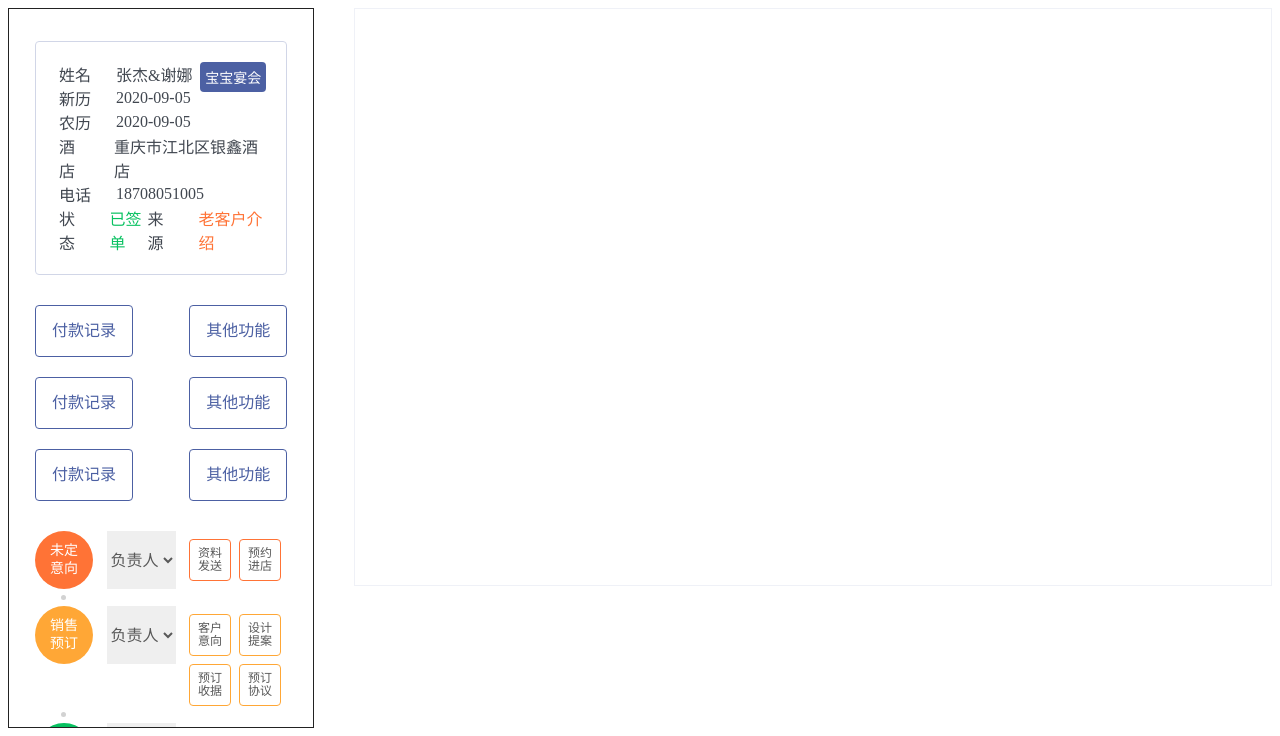
Repository: Lairuola/wedding-1
Page: index.html
An editor plug-in stored every save of this project. The page is shown before and after the next save, followed by the edit.
The browser window is 1280 px wide. The pictures show the whole page.

Above is the page before, as saved 2020-12-24 15:21:12.

### index.html
<!--
 * @Author       : 濑若拉
 * @Date         : 2020-12-17 10:22:14
 * @LastEditors  : 濑若拉
 * @LastEditTime : 2020-12-24 15:21:12
 * @FilePath     : /slidebar/index.html
-->


<!DOCTYPE html>
<html lang="en">

<head>
  <meta charset="UTF-8">
  <meta name="viewport" content="width=device-width, initial-scale=1.0">
  <title>Document</title>
  <style>
    .slide-left {
      width: 402px;
      height: 100vh;
      box-sizing: border-box;
      padding: 32px 26px;
      overflow-y: auto;
      display: flex;
      flex-direction: column;
      align-items: center;
      border: 1px solid #222;
    }

    .info {
      width: 100%;
      height: 328px;
      display: flex;
      flex-direction: column;
      justify-content: space-between;
      padding: 20px 23px;
      position: relative;
      box-sizing: border-box;
      border-radius: 4px;
      border: solid 1px #d1d6e7;
    }

    .info .row {
      width: 100%;
      display: flex;
      font-size: 16px;
      color: #414750;
      flex-direction: row;
      align-items: center;
    }

    .info .row .label,
    .info .end-row .item .label {
      margin-right: 25px;
    }

    .info .end-row {
      width: 100%;
      display: flex;
      flex-direction: row;
      align-items: center;
      justify-content: space-between;
      font-size: 16px;
      color: #414750;
    }

    .info .end-row .item {
      display: flex;
      flex-direction: row;
      align-items: center;
      font-size: 16px;
      color: #414750;
    }

    .info .info-tag {
      padding: 5px;
      background-color: #4c60a3;
      border-radius: 4px;
      font-size: 14px;
      color: #fff;
      position: absolute;
      top: 20px;
      right: 20px;
    }

    .btn-area {
      width: 100%;
      display: flex;
      flex-direction: row;
      align-items: center;
      justify-content: space-between;
      flex-wrap: wrap;
      margin-top: 10px;
      margin-bottom: 30px;
    }

    .btn-area .btn {
      width: 96px;
      height: 50px;
      background-color: #ffffff;
      border-radius: 4px;
      border: solid 1px #4c60a3;
      font-size: 16px;
      color: #4c60a3;
      text-align: center;
      line-height: 50px;
      margin-top: 20px;
    }

    .bot-area {
      width: 100%;
      display: flex;
      flex-direction: column;
    }

    .bot-area .item {
      width: 100%;
      display: flex;
      flex-direction: row;
      position: relative;
      padding-bottom: 17px;
    }

    .bot-area .item .circle {
      width: 58px;
      height: 58px;
      color: #fff;
      border-radius: 100%;
      display: flex;
      align-items: center;
      justify-content: center;
    }

    .bot-area .item .circle .text {
      width: 28px;
      height: 36px;
      font-size: 14px;
      line-height: 18px;
    }

    .bot-area .item .select-wrap {
      width: 96px;
      text-align: center;
    }

    .bot-area .item .select-wrap .bot-select {
      border: none;
      outline: none;
      color: #595959;
      font-size: 16px;
      height: 58px;
    }

    .bot-area .item .btn-row {
      flex: 1;
      display: flex;
      flex-direction: row;
      flex-wrap: wrap;
      margin-right: -8px;
    }

    .bot-area .item .btn-row .btn {
      width: 40px;
      height: 40px;
      border-radius: 4px;
      margin-right: 8px;
      border: 1px solid;
      display: flex;
      align-items: center;
      justify-content: center;
      margin-top: 8px;
      color: #595959;
    }

    .bot-area .item .btn-row .btn .word {
      width: 24px;
      height: 26px;
      font-size: 12px;
      line-height: 13px;
      letter-spacing: 0px;
    }

    .bot-area .item .dot {
      width: 5px;
      height: 5px;
      background-color: #d2d2d2;
      border-radius: 100%;
      position: absolute;
      bottom: 6px;
      left: 26px;
    }

    .bot-area .item .btn-row .btn.orange {
      border-color: #ff7336;
    }

    .bot-area .item .btn-row .btn.orange:hover {
      background-color: #ff7336;
      color: #fff;
    }

    .bot-area .item .btn-row .btn.yellow {
      border-color: #ffa736;
    }

    .bot-area .item .btn-row .btn.yellow:hover {
      background-color: #ffa736;
      color: #fff;
    }

    .bot-area .item .btn-row .btn.green {
      border-color: #07c160;
    }

    .bot-area .item .btn-row .btn.green:hover {
      background-color: #07c160;
      color: #fff;
    }

    .bot-area .item .btn-row .btn.aqua {
      border-color: #0bc8cb;
    }

    .bot-area .item .btn-row .btn.aqua:hover {
      background-color: #0bc8cb;
      color: #fff;
    }

    .bot-area .item .btn-row .btn.blue {
      border-color: #3d9bfb;
    }

    .bot-area .item .btn-row .btn.blue:hover {
      background-color: #3d9bfb;
      color: #fff;
    }

    .bot-area .item .btn-row .btn.cornflowerblue {
      border-color: #4c60a3;
    }

    .bot-area .item .btn-row .btn.cornflowerblue:hover {
      background-color: #4c60a3;
      color: #fff;
    }

    .color-green {
      color: #07c160
    }

    .color-orange {
      color: #ff7336;
    }

    .bg-color-red {
      background-color: #ff7336;
    }

    .bg-color-yellow {
      background-color: #ffa736;
    }

    .bg-color-green {
      background-color: #07c160;
    }

    .bg-color-aqua {
      background-color: #0bc8cb;
    }

    .bg-color-blue {
      background-color: #3d9bfb;
    }

    .bg-color-cornflowerblue {
      background-color: #4c60a3;
    }
  </style>
  <style>
    .my-table {
      width: 100%;
      height: 80vh;
      display: flex;
      flex-direction: column;
      margin-left: 40px;
      border: 1px solid #eff1f7;
    }
  </style>
</head>

<body style="display: flex;flex-direction: row;">
  <div class="slide-left">
    <!-- 资料 -->
    <div class="info">
      <div class="row">
        <div class="label">姓名</div>
        <div class="content">张杰&谢娜</div>
      </div>
      <div class="row">
        <div class="label">新历</div>
        <div class="content">2020-09-05</div>
      </div>
      <div class="row">
        <div class="label">农历</div>
        <div class="content">2020-09-05</div>
      </div>
      <div class="row">
        <div class="label">酒店</div>
        <div class="content">重庆市江北区银鑫酒店</div>
      </div>
      <div class="row">
        <div class="label">电话</div>
        <div class="content">18708051005</div>
      </div>
      <div class="end-row">
        <div class="item">
          <div class="label">状态</div>
          <div class="content color-green">已签单</div>
        </div>
        <div class="item">
          <div class="label">来源</div>
          <div class="content color-orange">老客户介绍</div>
        </div>
      </div>
      <!-- tag -->
      <div class="info-tag">宝宝宴会</div>
    </div>
    <!-- btn-area -->
    <div class="btn-area">
      <div class="btn">付款记录</div>
      <div class="btn">其他功能</div>
      <div class="btn">付款记录</div>
      <div class="btn">其他功能</div>
      <div class="btn">付款记录</div>
      <div class="btn">其他功能</div>
    </div>
    <!-- bot-area -->
    <div class="bot-area">
      <div class="item">
        <div class="circle bg-color-red">
          <div class="text">未定意向</div>
        </div>
        <div class="select-wrap">
          <select class='bot-select' name="" id="">
            <option value="">负责人</option>
          </select>
        </div>
        <div class="btn-row">
          <div class="btn orange">
            <div class="word">资料发送</div>
          </div>
          <div class="btn orange">
            <div class="word">预约进店</div>
          </div>
        </div>
        <div class="dot"></div>
      </div>
      <div class="item">
        <div class="circle bg-color-yellow">
          <div class="text">销售预订</div>
        </div>
        <div class="select-wrap">
          <select class='bot-select' name="" id="">
            <option value="">负责人</option>
          </select>
        </div>
        <div class="btn-row">
          <div class="btn yellow">
            <div class="word">客户意向</div>
          </div>
          <div class="btn yellow">
            <div class="word">设计提案</div>
          </div>
          <div class="btn yellow">
            <div class="word">预订收据</div>
          </div>
          <div class="btn yellow">
            <div class="word">预订协议</div>
          </div>
        </div>
        <div class="dot"></div>
      </div>
      <div class="item">
        <div class="circle bg-color-green">
          <div class="text">设计策划</div>
        </div>
        <div class="select-wrap">
          <select class='bot-select' name="" id="">
            <option value="">负责人</option>
          </select>
        </div>
        <div class="btn-row">
          <div class="btn green">
            <div class="word">策划设计</div>
          </div>
          <div class="btn green">
            <div class="word">价格明细</div>
          </div>
          <div class="btn green">
            <div class="word">正式合同</div>
          </div>
          <div class="btn green">
            <div class="word">搭建清单</div>
          </div>
        </div>
        <div class="dot"></div>
      </div>
      <div class="item">
        <div class="circle bg-color-aqua">
          <div class="text">服务统筹</div>
        </div>
        <div class="select-wrap">
          <select class='bot-select' name="" id="">
            <option value="">负责人</option>
          </select>
        </div>
        <div class="btn-row">
          <div class="btn aqua">
            <div class="word">统筹服务</div>
          </div>
        </div>
        <div class="dot"></div>
      </div>
      <div class="item">
        <div class="circle bg-color-blue">
          <div class="text">执行搭建</div>
        </div>
        <div class="select-wrap">
          <select class='bot-select' name="" id="">
            <option value="">负责人</option>
          </select>
        </div>
        <div class="btn-row">
          <div class="btn blue">
            <div class="word">搭建确认</div>
          </div>
          <div class="btn blue">
            <div class="word">执行完成</div>
          </div>
        </div>
        <div class="dot"></div>
      </div>
      <div class="item">
        <div class="circle bg-color-cornflowerblue">
          <div class="text">成本结算</div>
        </div>
        <div class="select-wrap">
          <select class='bot-select' name="" id="">
            <option value="">负责人</option>
          </select>
        </div>
        <div class="btn-row">
          <div class="btn cornflowerblue">
            <div class="word">成本核算</div>
          </div>
        </div>
      </div>
    </div>
  </div>
  <div class="my-table"></div>
</body>

</html>

After the next save:
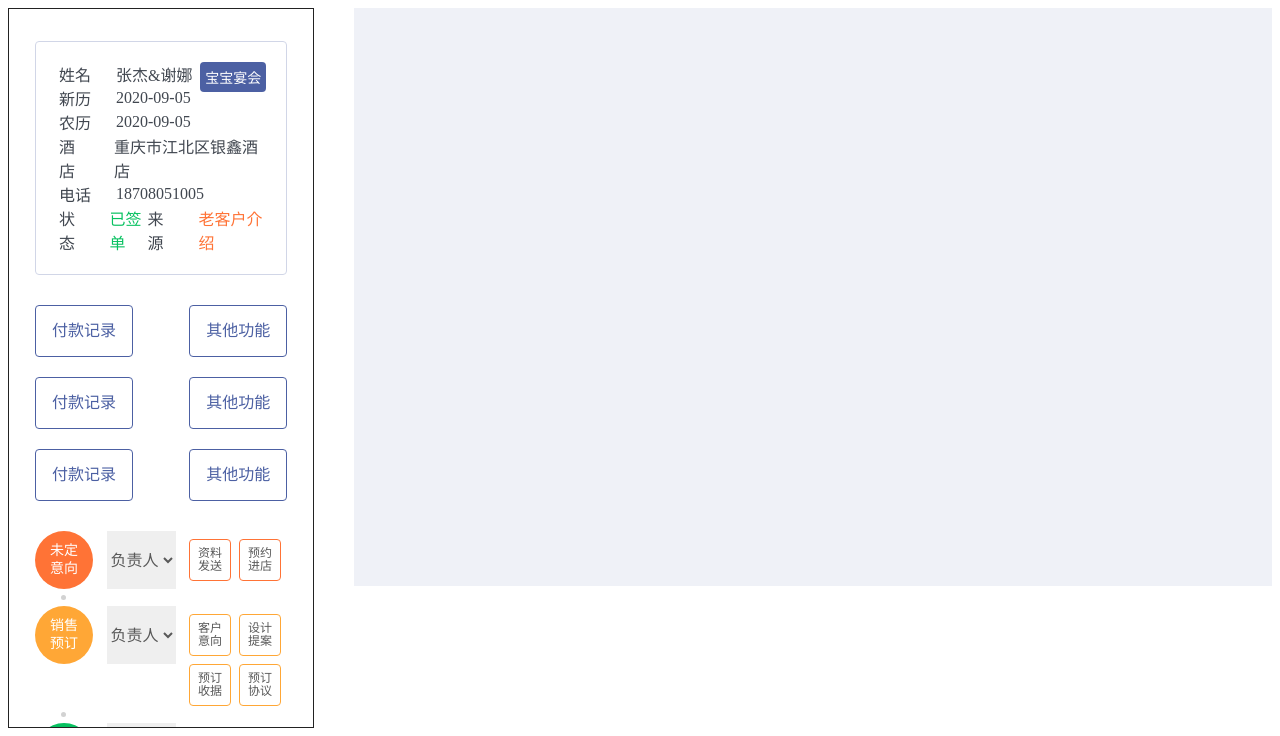
Saved 14 s later.
--- a/index.html
+++ b/index.html
@@ -2,7 +2,7 @@
  * @Author       : 濑若拉
  * @Date         : 2020-12-17 10:22:14
  * @LastEditors  : 濑若拉
- * @LastEditTime : 2020-12-24 15:21:12
+ * @LastEditTime : 2020-12-24 15:21:26
  * @FilePath     : /slidebar/index.html
 -->
 
@@ -284,6 +284,7 @@
       flex-direction: column;
       margin-left: 40px;
       border: 1px solid #eff1f7;
+      background-color: #eff1f7;
     }
   </style>
 </head>

After the save that followed:
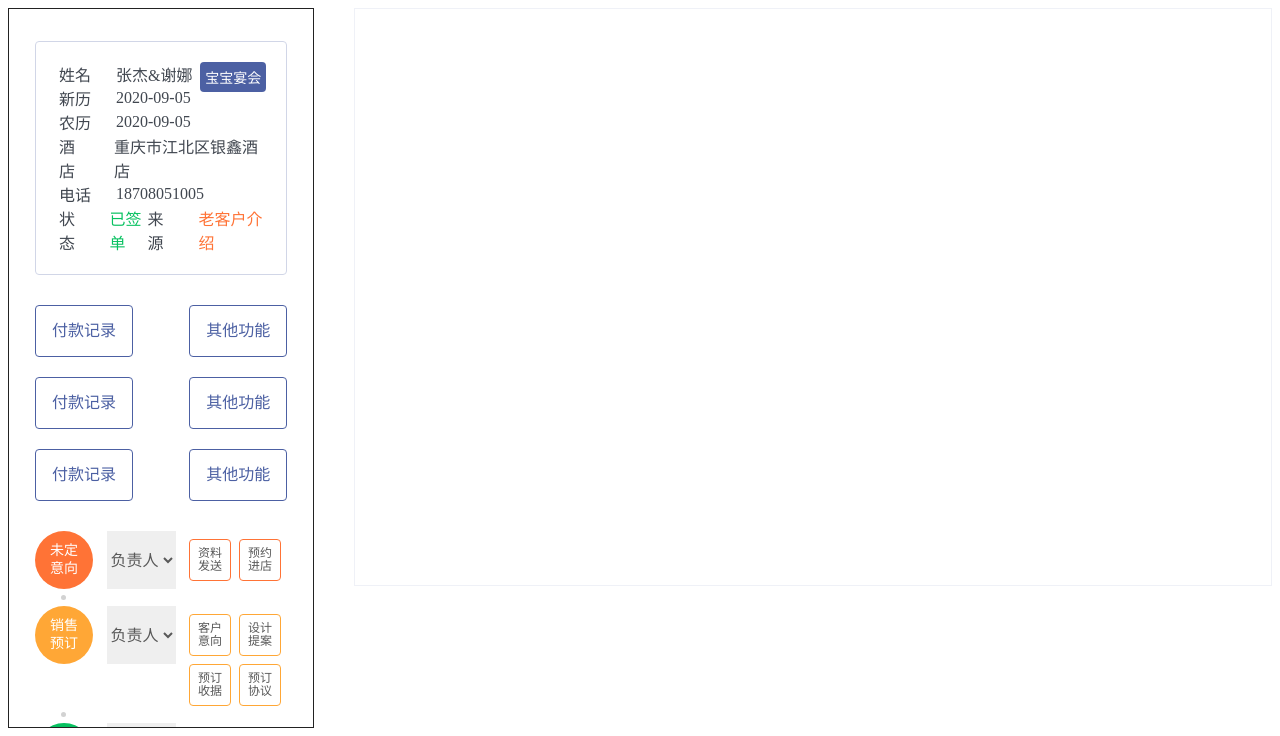
Saved 6 s later.
--- a/index.html
+++ b/index.html
@@ -284,7 +284,6 @@
       flex-direction: column;
       margin-left: 40px;
       border: 1px solid #eff1f7;
-      background-color: #eff1f7;
     }
   </style>
 </head>
